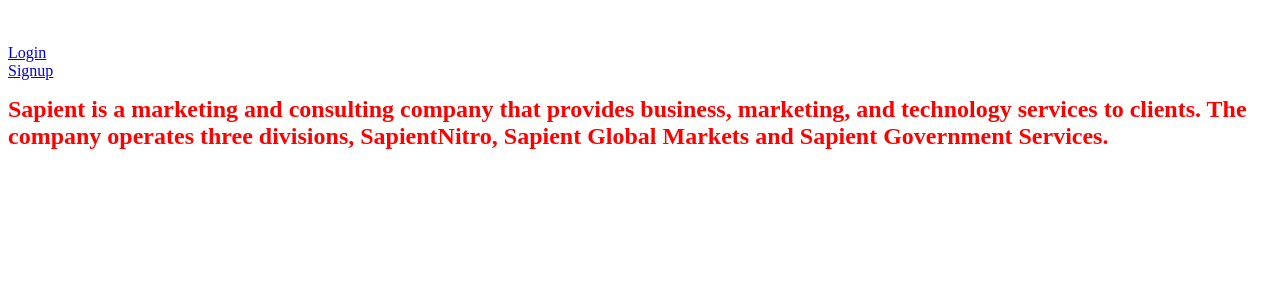
Repository: sauran/SapientTraining
Page: DemoProject/WebContent/sapient.html
An editor plug-in stored every save of this project. The page is shown before and after the next save, followed by the edit.
The browser window is 1280 px wide. The pictures show the whole page.

Above is the page before, as saved 2015-09-15 09:23:49.

After the next save:
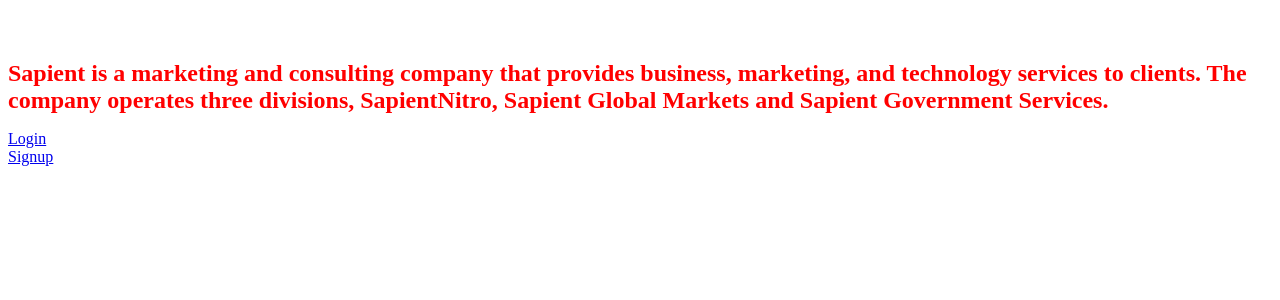
Saved 12 s later.
--- a/DemoProject/WebContent/sapient.html
+++ b/DemoProject/WebContent/sapient.html
@@ -25,8 +25,10 @@
 <br>
 <br>
 
+
+<h1>  Sapient is a marketing and consulting company that provides business, marketing, and technology services to clients. The company operates three divisions, SapientNitro, Sapient Global Markets and Sapient Government Services.</h1>
+
 <a href = "Login.html"> Login</a><br>
 <a href = "Signup.html"> Signup</a>
-<h1>  Sapient is a marketing and consulting company that provides business, marketing, and technology services to clients. The company operates three divisions, SapientNitro, Sapient Global Markets and Sapient Government Services.</h1>
 </body>
 </html>
